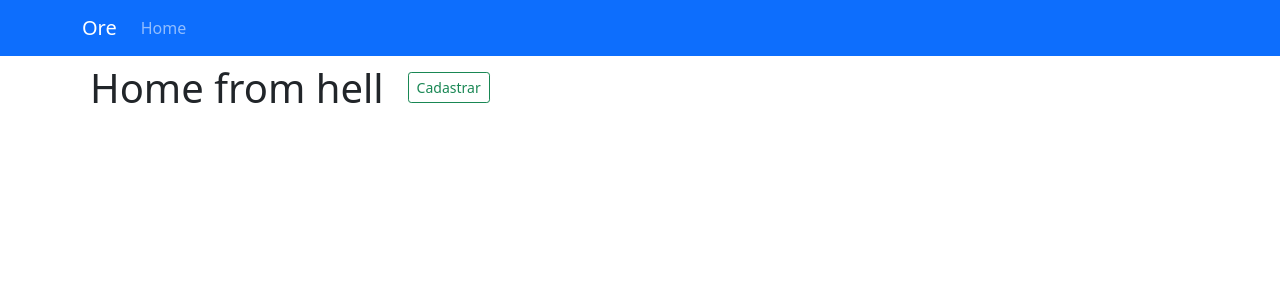
Repository: thf4/React-Front
Page: /
The author's editor kept a copy of each file at every save. The page is drawn from the files as they stood at one save, then again after a run of saves.
The browser window is 1280 px wide. The pictures show the whole page.
The project was rebuilt for these pictures with package versions that can differ from the ones it lists, and the page was loaded fresh each time. Also part of the build but not shown: src/pages/Vizualizar/index.js, src/pages/Cadastrar/index.js, src/pages/Editar/index.js.

Above is the page before, as saved 2021-05-07 09:20:06.

### src/App.js
import React from "react";
import { BrowserRouter as Router, Switch, Route } from "react-router-dom";
import { Home } from "./pages/Home/";
import { View } from "./pages/Vizualizar/";
import { Cadastrar } from "./pages/Cadastrar/";
import { Editar } from "./pages/Editar/";
import { Menu } from "./components/Menu";
import 'bootstrap/dist/css/bootstrap.min.css';
function App() {
  return (
    <div>
      <Menu />
      <Router>
        <Switch>
          <Route exact path="/" component={Home} />
          <Route path="/view" component={View} />
          <Route path="/cadastrar" component={Cadastrar} />
          <Route path="/editar" component={Editar} />
        </Switch>
      </Router>
    </div>
  );
}

export default App;

### src/pages/Home/index.js
import React from "react";
import { Container } from "reactstrap";
export const Home = () => {
  return (
    <div>
      <Container>
        <div className=" d-flex">
          <div className="mr-auto p-2">
            <h1> Home from hell </h1>
          </div>
          <div className="p-3">
            <a href="/cadastrar" className="btn btn-outline-success btn-sm">Cadastrar</a>
          </div>
        </div>
      </Container>
    </div>
  );
};

### src/components/Menu.js
import React, { useState } from "react";
import {
  Collapse,
  Navbar,
  NavbarToggler,
  NavbarBrand,
  Nav,
  NavItem,
  NavLink,
  Container,
} from "reactstrap";
export const Menu = (props) => {
  const [isOpen, setIsOpen] = useState(false);
  const toggle = () => setIsOpen(!isOpen);

  return (
    <div>
      <Navbar color="primary" dark expand="md">
        <Container>
        <NavbarBrand href="/">Ore</NavbarBrand>
        <NavbarToggler onClick={toggle} />
        <Collapse isOpen={isOpen} navbar>
          <Nav className="mr-auto" navbar>
            <NavItem>
              <NavLink href="/">Home</NavLink>
            </NavItem>
          </Nav>
        </Collapse>
        </Container>
      </Navbar>
    </div>
  );
};

Loaded but not shown: public/index.html (common file); src/index.js (common file); src/index.css (common file); src/reportWebVitals.js (common file)

After the next 2 saves:
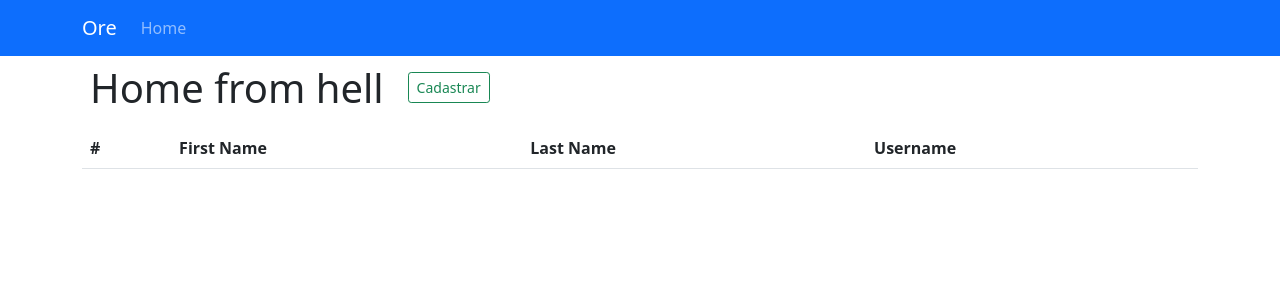
The 2 saves are shown as one change because 1 did not build or start.
The last was saved 2 min 29 s later.
--- a/src/pages/Home/index.js
+++ b/src/pages/Home/index.js
@@ -1,5 +1,6 @@
 import React from "react";
 import { Container } from "reactstrap";
+import { Table } from "reactstrap";
 export const Home = () => {
   return (
     <div>
@@ -9,9 +10,21 @@ export const Home = () => {
             <h1> Home from hell </h1>
           </div>
           <div className="p-3">
-            <a href="/cadastrar" className="btn btn-outline-success btn-sm">Cadastrar</a>
+            <a href="/cadastrar" className="btn btn-outline-success btn-sm">
+              Cadastrar
+            </a>
           </div>
         </div>
+        <Table>
+          <thead>
+            <tr>
+              <th>#</th>
+              <th>First Name</th>
+              <th>Last Name</th>
+              <th>Username</th>
+            </tr>
+          </thead>
+        </Table>
       </Container>
     </div>
   );
